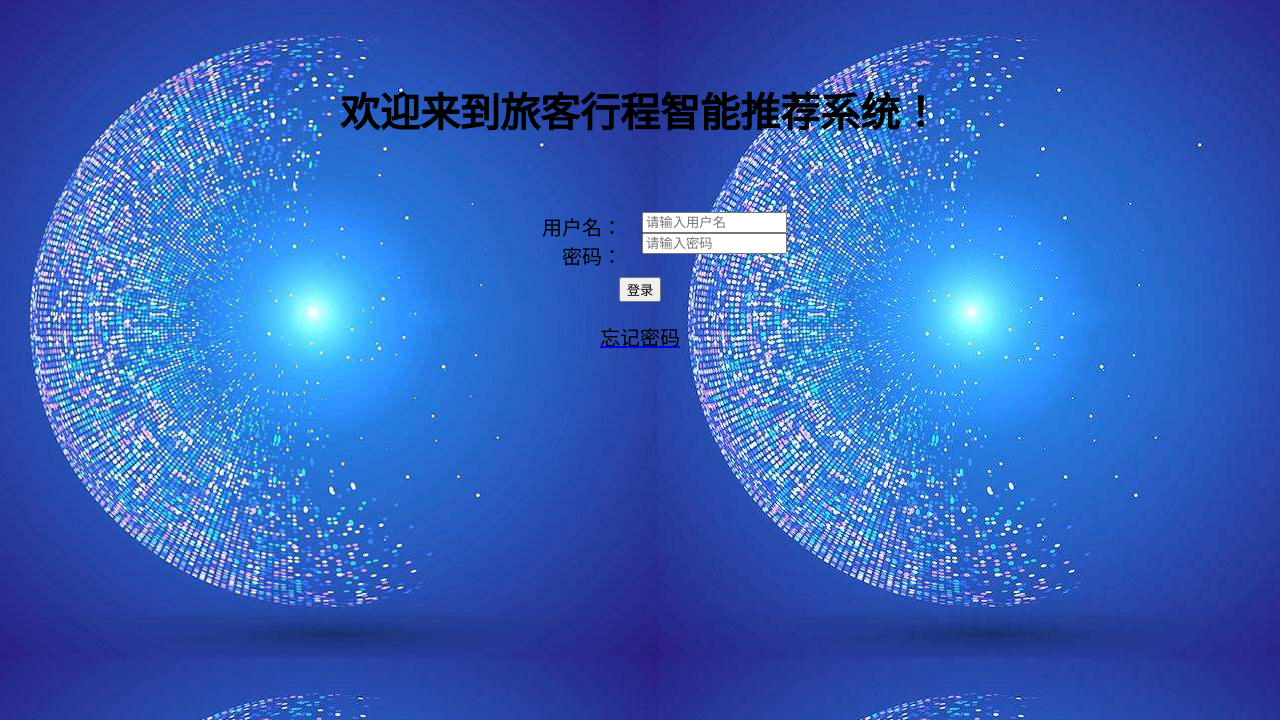
Repository: never-404/Intelligent-recommendation-system
Page: http://localhost/Intelligent-recommendation-system/log.jsp
The author's editor kept a copy of each file at every save. The page is drawn from the files as they stood at one save, then again after the next save.
The browser window is 1280 px wide. The pictures show the whole page.
The page is served by Tomcat 9. Nobody is signed in. The application's start-up code is not run.

Above is the page before, as saved 2019-04-19 00:48:11.

After the next save:
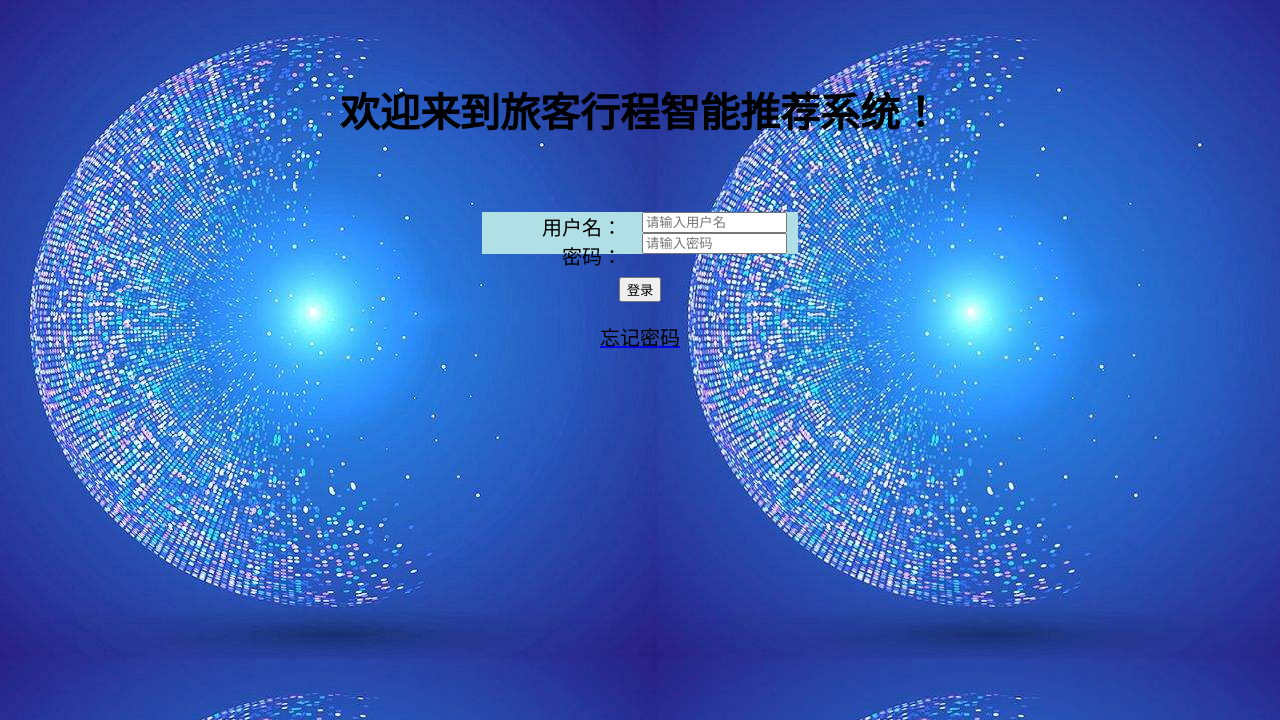
Saved 101 s later.
--- a/Intelligent-recommendation-system/WebRoot/log.jsp
+++ b/Intelligent-recommendation-system/WebRoot/log.jsp
@@ -15,7 +15,7 @@
 		{
 			margin:auto;
 			width:25%;
-
+			background-color:#b0e0e6;
 		}
 		lable { float: left; width: 7em; margin-right:1em; text-align: right; }
 		h1	  {text-align: center}
